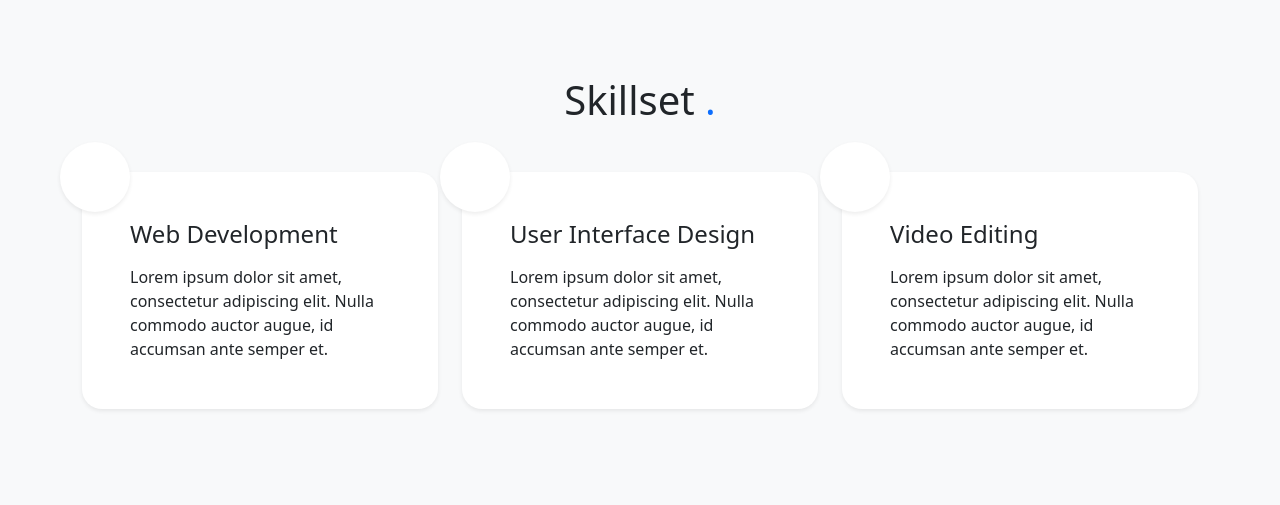
Repository: AcoGlezRojo/AcoGlezRojo.github.io
Page: docs/index.html
An editor plug-in stored every save of this project. The page is shown before and after a run of saves, followed by the edit.
The browser window is 1280 px wide. The pictures show the part of the page from y = 628 to 1162 px (the page is 1133 px tall before and 1162 px after).
A picture or video elsewhere on the page could not be fetched, so the positions and the page height are approximate.

Above is the page before, as saved 2023-06-28 21:37:32.

After the next 2 saves:
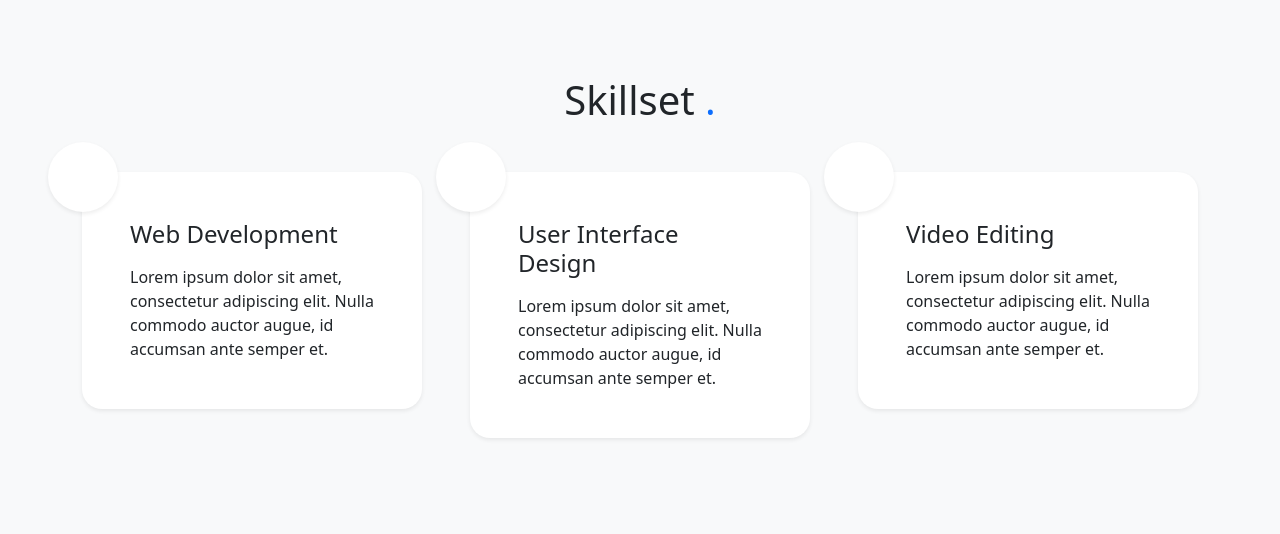
The 2 saves are shown as one change because they came seconds apart.
The last was saved 59 s later.
--- a/docs/index.html
+++ b/docs/index.html
@@ -72,7 +72,7 @@
 
     <div class="bg-light pt-5" id="skillset">
         <div class="container pb-5">
-            <div class="row py-5">
+            <div class="row gx-5 py-5">
                 <div class="col-12 text-center">
                     <h2 class="h1 font-weight-bold mb-5">
                         Skillset <span class="text-primary hh">.</span>
